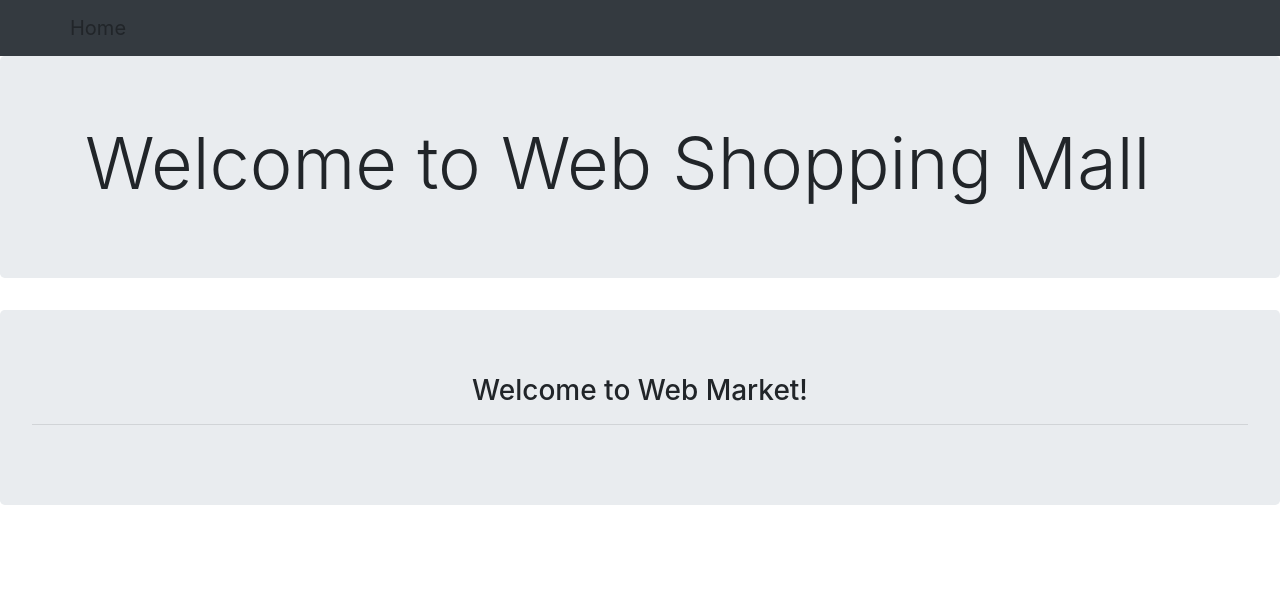
Repository: freedomseok8047/jsp
Page: http://localhost/WebMarket/welcome.jsp
These files come from the project's save history. The page is drawn as it stood at one moment and after the next save; the edit follows.
The browser window is 1280 px wide. The pictures show the whole page.
The page is served by Tomcat 9.

Above is the page before, as saved 2023-08-22 05:31:29.

After the next save:
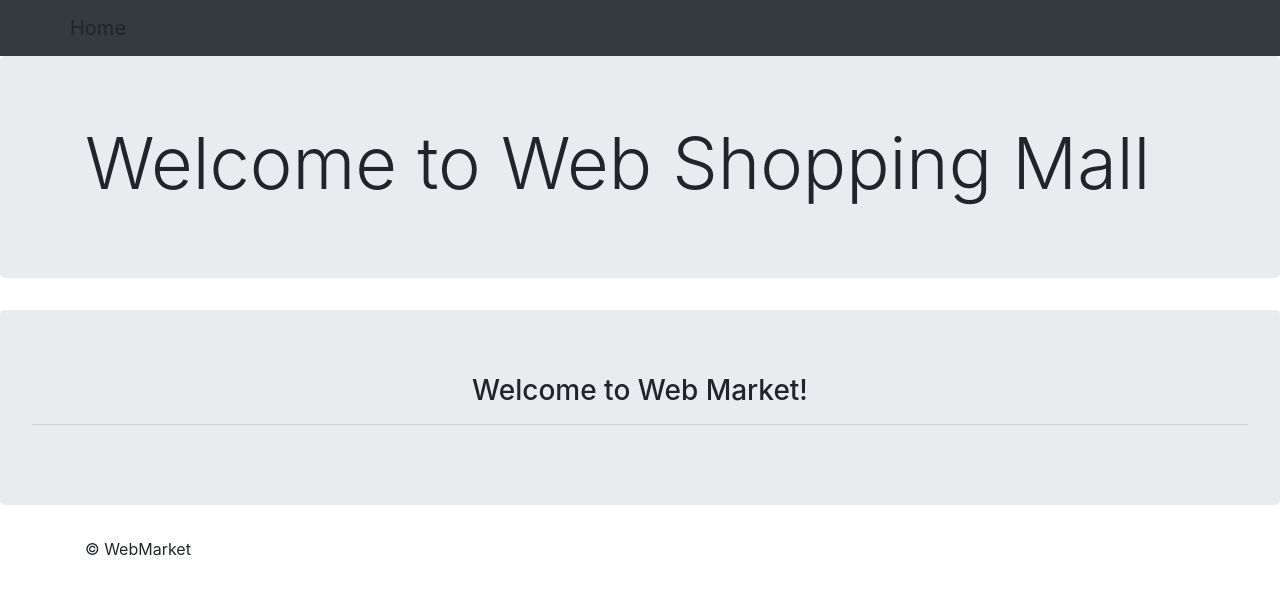
Saved 62 s later.
--- a/WebMarket/src/main/webapp/welcome.jsp
+++ b/WebMarket/src/main/webapp/welcome.jsp
@@ -36,6 +36,8 @@
 		</div>
 		<hr>
 	</div>
-
+	<footer class =  "container">
+	 <p>&copy; WebMarket</p>
+	</footer>
 </body>
 </html>

After the save that followed:
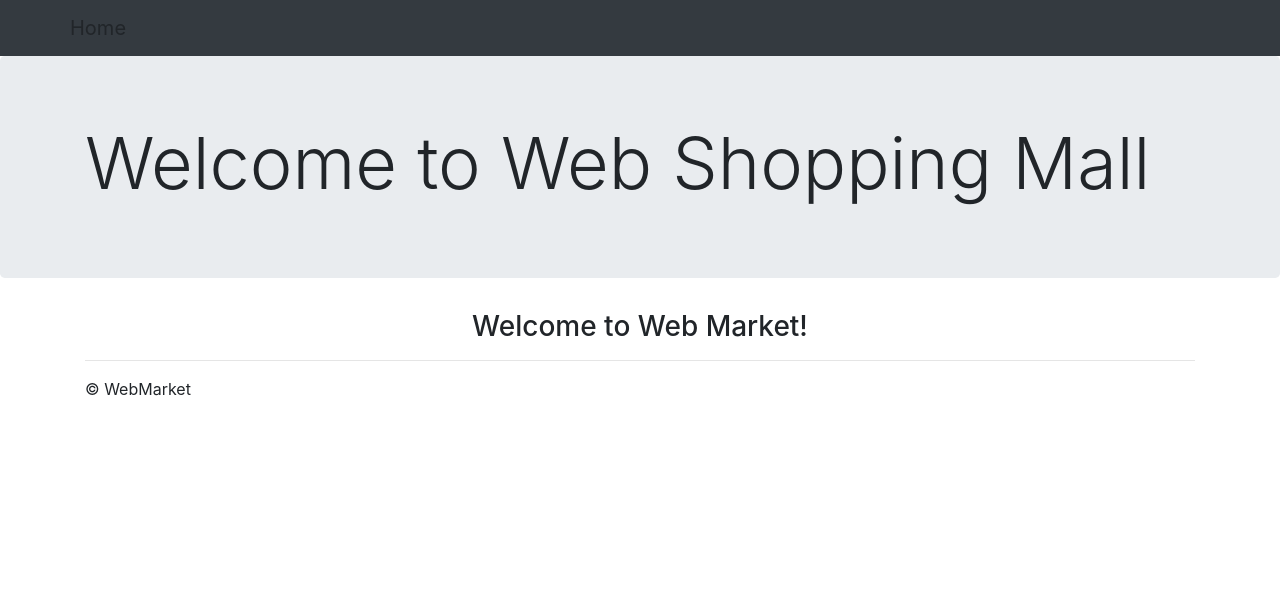
Saved 44 s later.
--- a/WebMarket/src/main/webapp/welcome.jsp
+++ b/WebMarket/src/main/webapp/welcome.jsp
@@ -28,7 +28,7 @@
 			</h1>
 		</div>
 	</div>
-	<div class="jumbotron">
+	<div class="container">
 		<div class="text-center">
 			<h3>
 			<%=tagline%>
